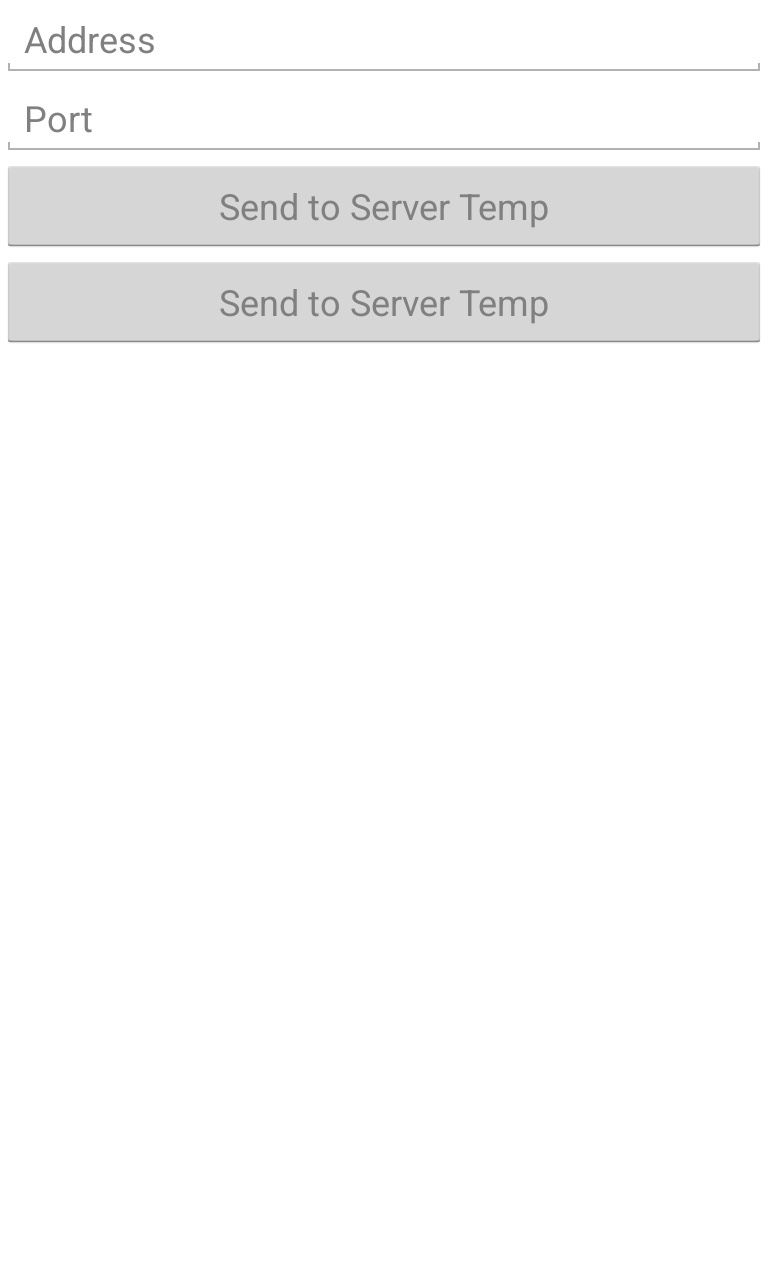
Repository: radupoenaru1992/PracticalTest02Var01
Layout: PracticalTest02Var01/res/layout/fragment_client.xml
An editor plug-in stored every save of this project. The layout is shown before and after the next save, followed by the edit.
It is drawn on a 768 x 1280 px phone screen (xhdpi) without system bars, with theme AppTheme; the app's code is not run.

Above is the layout before, as saved 2015-05-18 15:26:35.

### PracticalTest02Var01/res/layout/fragment_client.xml
<?xml version="1.0" encoding="utf-8"?>
<LinearLayout xmlns:android="http://schemas.android.com/apk/res/android"
    android:layout_width="match_parent"
    android:layout_height="match_parent"
    android:orientation="vertical" >

    <EditText
    	    android:id="@+id/etAdresa"
        	android:layout_width="match_parent"
        	android:layout_height="wrap_content"
        	android:hint="Address"
        	/>

    	<EditText
    	    android:id="@+id/etPort"
        	android:layout_width="match_parent"
        	android:layout_height="wrap_content"
        	android:hint="Port"
        	/>



    	<Button
    	    android:id="@+id/bClientTemp"
    	    android:layout_width="match_parent"
    	    android:layout_height="wrap_content"
    	    android:hint="Send to Server Temp"/>

    	<Button
    	    android:id="@+id/bClient"
    	    android:layout_width="match_parent"
    	    android:layout_height="wrap_content"
    	    android:hint="Send to Server Temp"/>

    	<TextView
    	    android:id="@+id/tvClient"
        	android:layout_width="match_parent"
        	android:layout_height="wrap_content"
        	android:enabled="false"
        	/>


</LinearLayout>

Loaded but not shown: PracticalTest02Var01/res/values/styles.xml (common file); PracticalTest02Var01/res/values-v11/styles.xml (common file); PracticalTest02Var01/res/values-v14/styles.xml (common file)

After the next save:
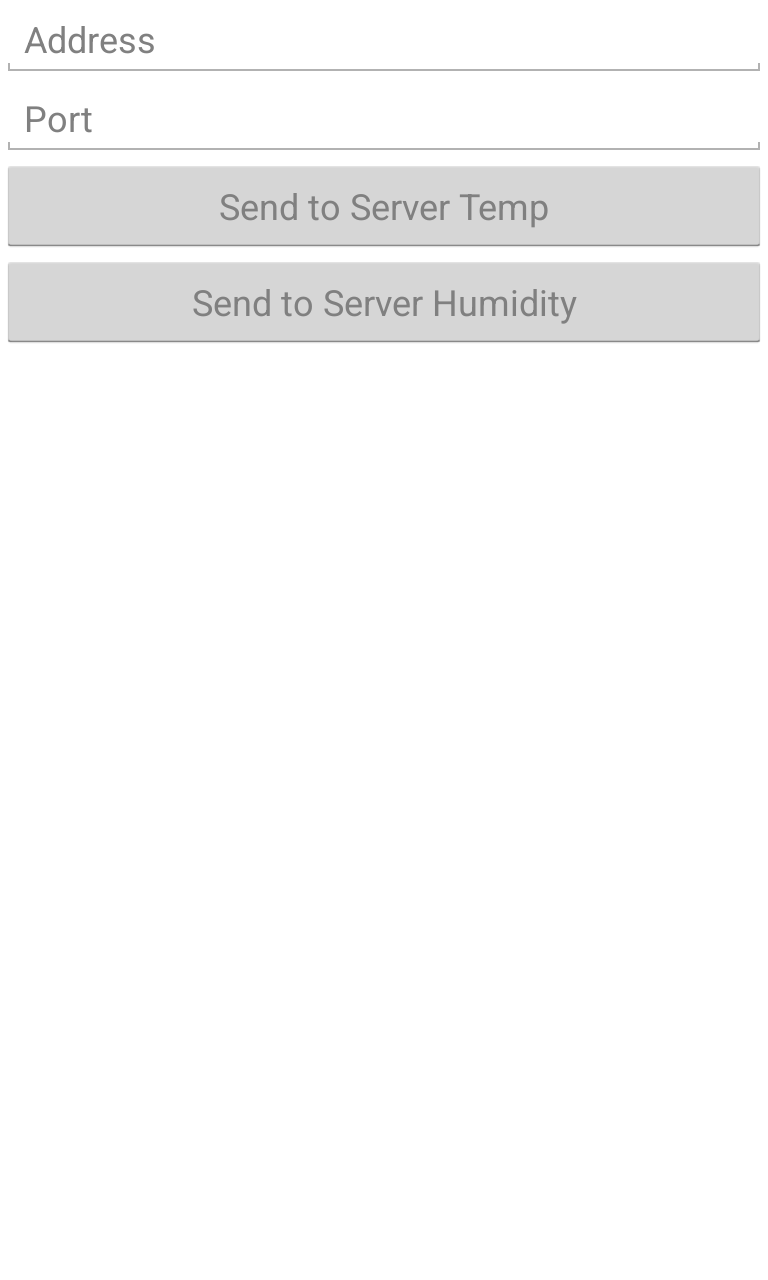
Saved 11 s later.
--- a/PracticalTest02Var01/res/layout/fragment_client.xml
+++ b/PracticalTest02Var01/res/layout/fragment_client.xml
@@ -27,10 +27,10 @@
     	    android:hint="Send to Server Temp"/>
 
     	<Button
-    	    android:id="@+id/bClient"
+    	    android:id="@+id/bClientHum"
     	    android:layout_width="match_parent"
     	    android:layout_height="wrap_content"
-    	    android:hint="Send to Server Temp"/>
+    	    android:hint="Send to Server Humidity"/>
 
     	<TextView
     	    android:id="@+id/tvClient"
